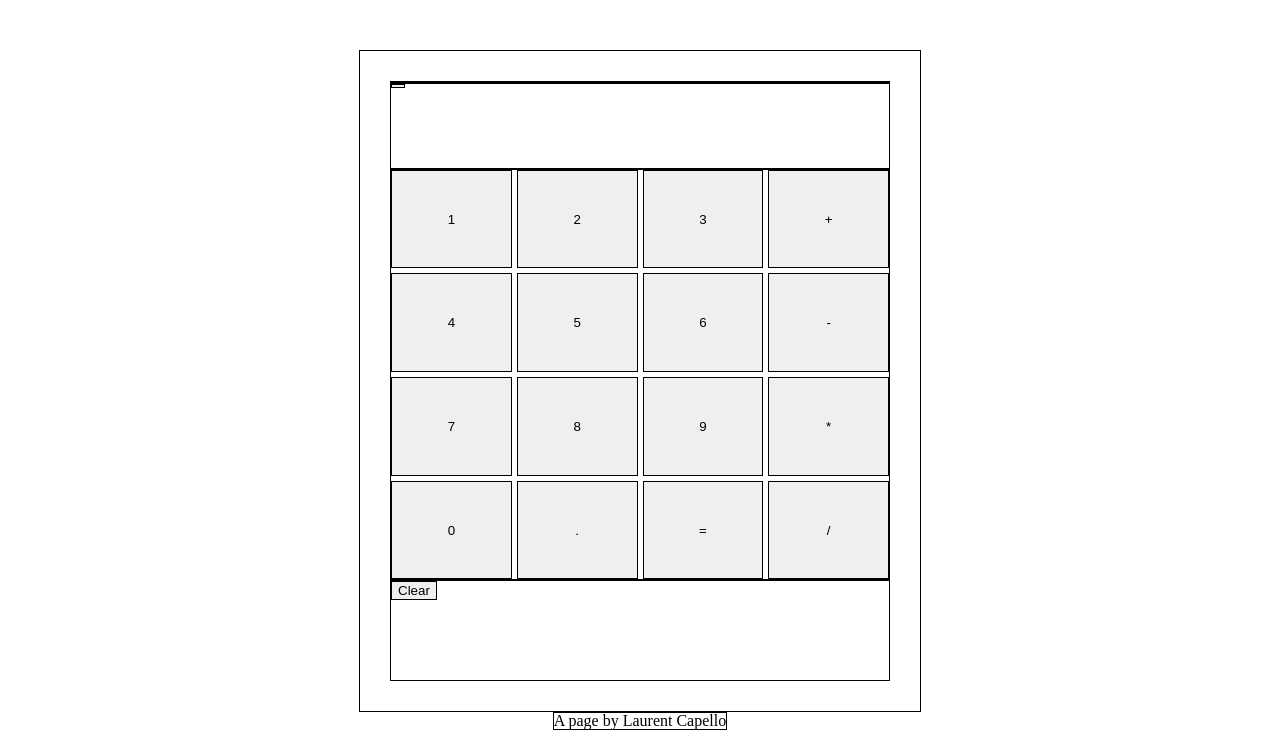
Repository: sokafootball/js-calculator
Page: index.html
An editor plug-in stored every save of this project. The page is shown before and after the next save, followed by the edit.
The browser window is 1280 px wide. The pictures show the whole page.

Above is the page before, as saved 2020-04-25 10:39:45.

After the next save:
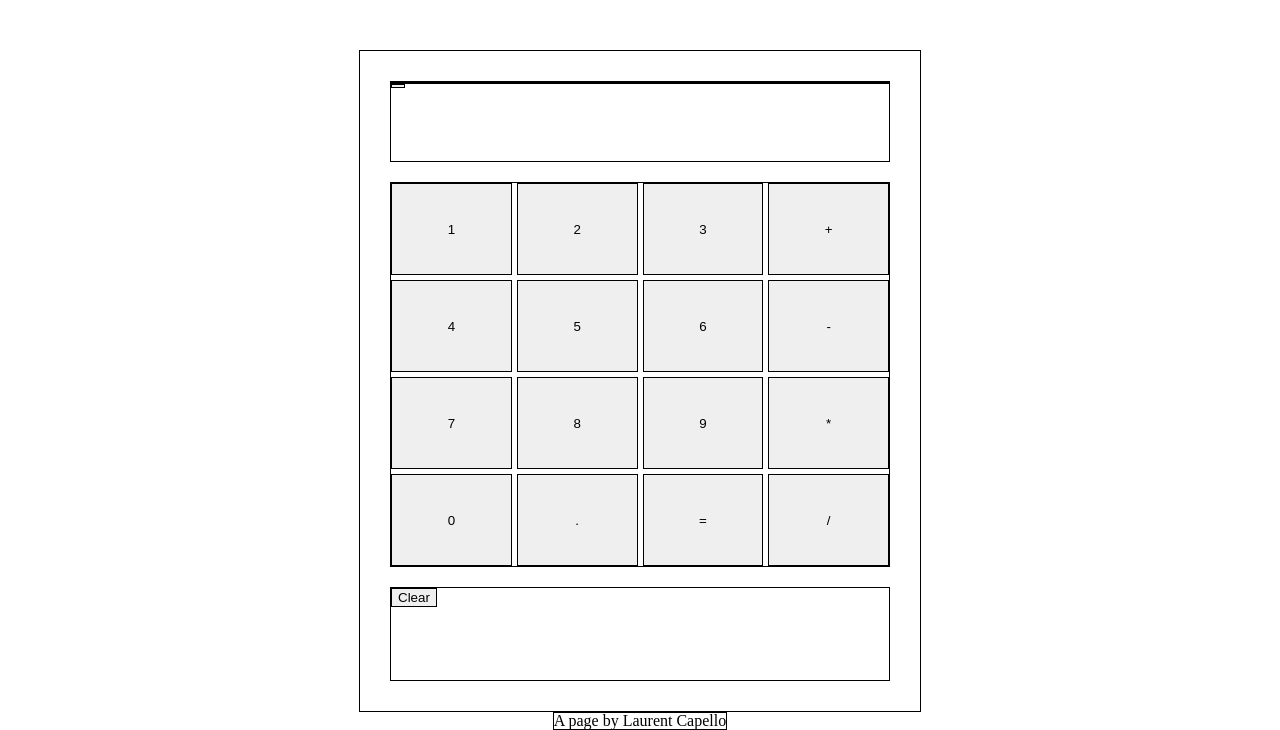
Saved 56 s later.
--- a/style.css
+++ b/style.css
@@ -24,6 +24,7 @@ body{
   flex-grow: 4;
   grid-template-columns: repeat(4, 1fr);
   grid-template-rows: repeat(4, 1fr);
+  margin: 20px 0px;
   row-gap: 5px;
 }
 
